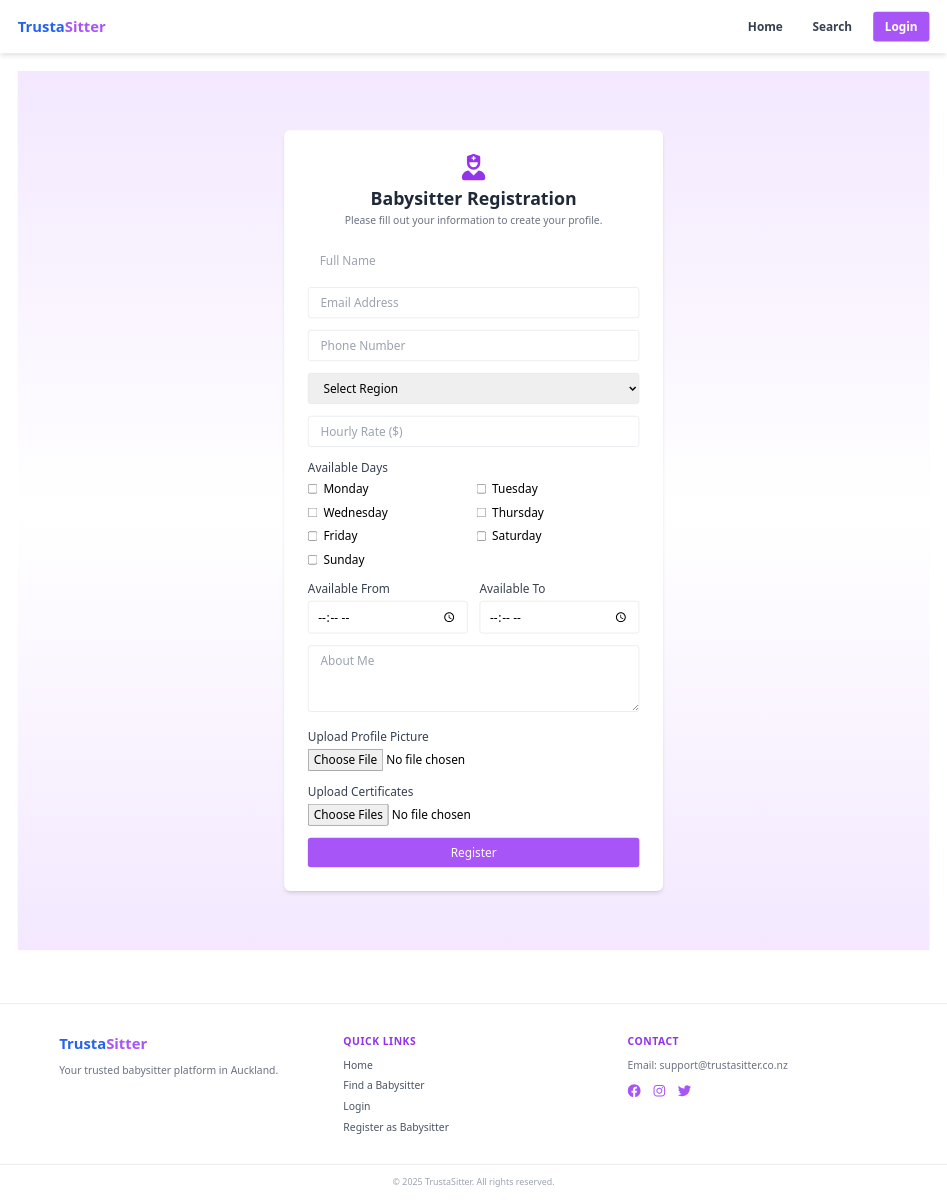
Repository: LargeWC-Code/TrustaSitter
Page: /register-babysitter (app in trustasitter-frontend/)
An editor plug-in stored every save of this project. The page is shown before and after the next save, followed by the edit.
The browser window is 1280 px wide. The pictures show the whole page, at 74% of full size.
The project was rebuilt for these pictures with package versions that can differ from the ones it lists, and the page was loaded fresh each time. Also part of the build but not shown: trustasitter-frontend/vite.config.js, trustasitter-frontend/src/pages/Home.jsx, trustasitter-frontend/src/pages/Search.jsx, trustasitter-frontend/src/pages/Login.jsx, trustasitter-frontend/src/pages/Bookings.jsx, trustasitter-frontend/src/pages/ChooseRole.jsx, trustasitter-frontend/src/pages/RegisterClient.jsx, trustasitter-frontend/src/pages/HomeClient.jsx and 2 more.

Above is the page before, as saved 2025-06-29 18:55:00.

After the next save:
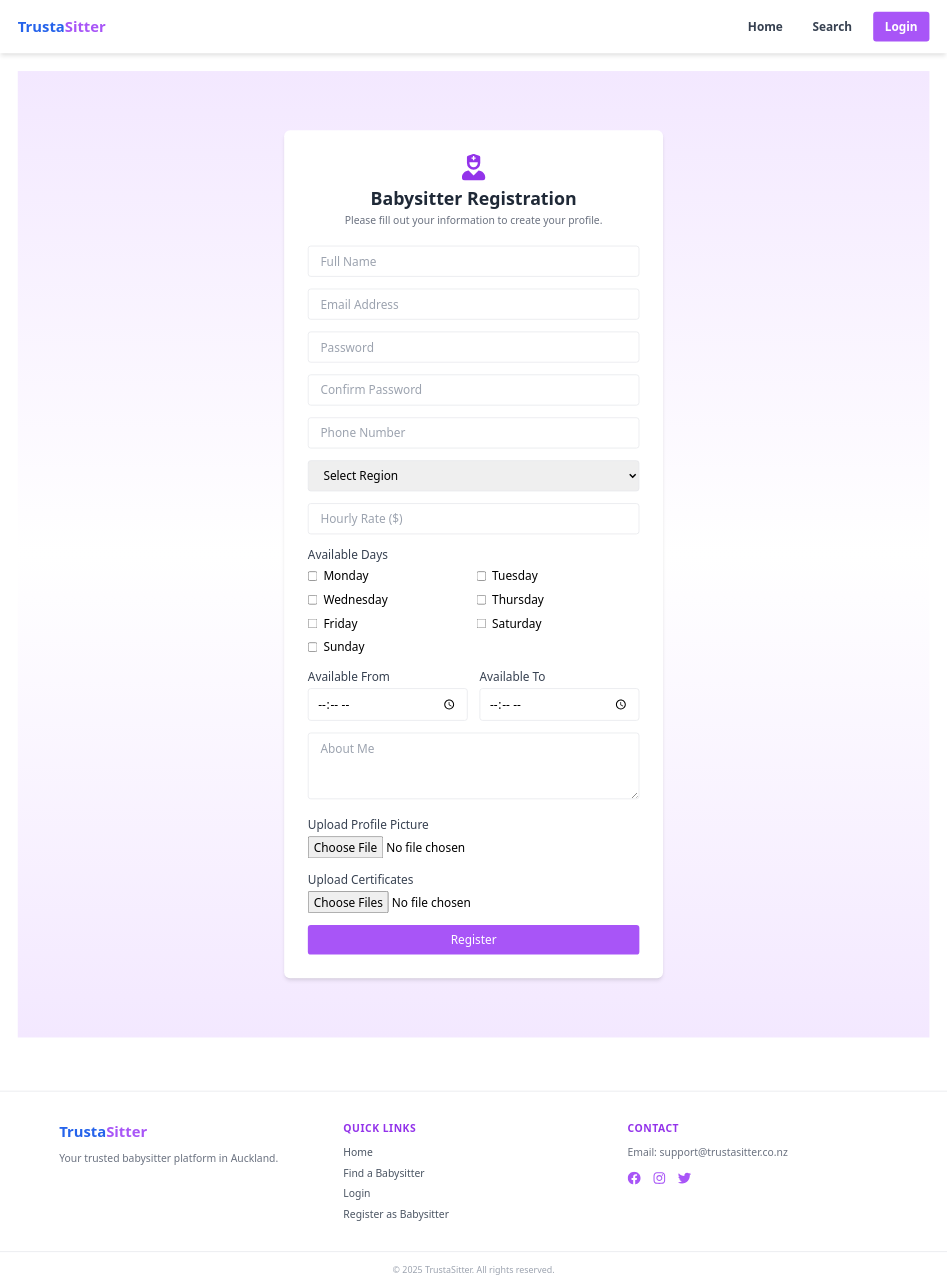
Saved 2 h 32 min later.
--- a/trustasitter-frontend/src/pages/RegisterBabysitter.jsx
+++ b/trustasitter-frontend/src/pages/RegisterBabysitter.jsx
@@ -18,11 +18,21 @@ const RegisterBabysitter = () => {
           <input
             type="text"
             placeholder="Full Name"
-            className="w-full px-4 py-2 border-radius 4, rounded focus:outline-none"
+            className="w-full px-4 py-2 border rounded focus:outline-none"
           />
           <input
             type="email"
             placeholder="Email Address"
+            className="w-full px-4 py-2 border rounded focus:outline-none"
+          />
+          <input
+            type="password"
+            placeholder="Password"
+            className="w-full px-4 py-2 border rounded focus:outline-none"
+          />
+          <input
+            type="password"
+            placeholder="Confirm Password"
             className="w-full px-4 py-2 border rounded focus:outline-none"
           />
           <input
